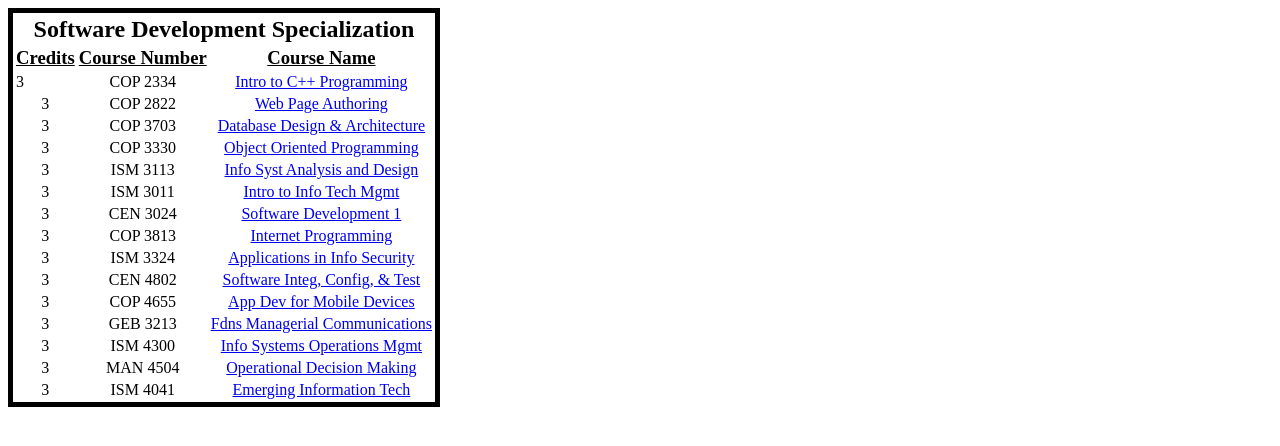
Repository: mlmEFSC21/P5-DegreeTableStyling
Page: FormattedProgramSpecialization1.html
An editor plug-in stored every save of this project. The page is shown before and after the next save, followed by the edit.
The browser window is 1280 px wide. The pictures show the whole page.

Above is the page before, as saved 2022-02-07 16:06:30.

After the next save:
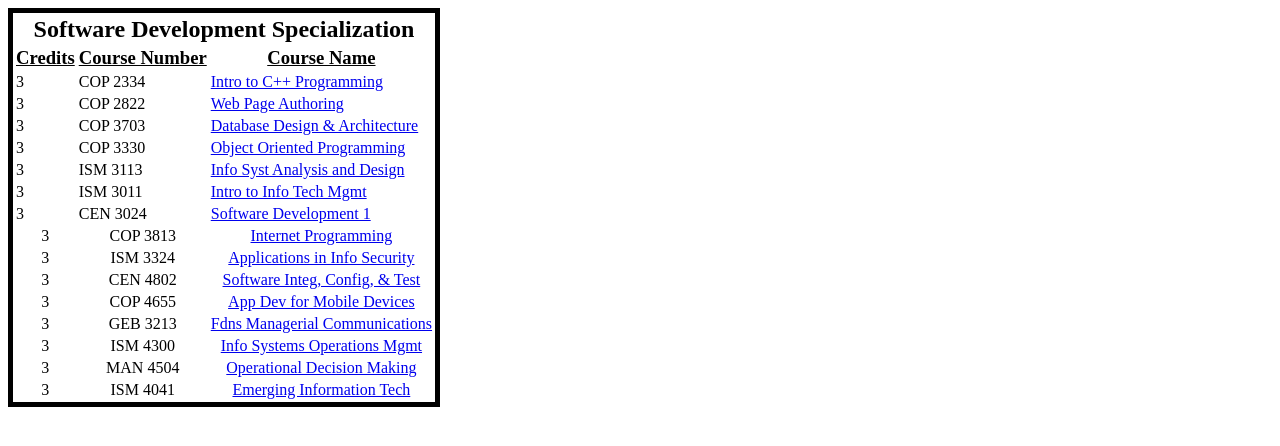
Saved 43 s later.
--- a/FormattedProgramSpecialization1.html
+++ b/FormattedProgramSpecialization1.html
@@ -29,8 +29,8 @@
             <tbody>
                 <tr>
                     <td style="font-size: 12pt; text-align: left">3</td>
-                    <td>COP 2334</td>
-                    <td>
+                    <td style="font-size: 12pt; text-align: left">COP 2334</td>
+                    <td style="font-size: 12pt; text-align: left">
                         <a
                             href="https://bannerweb.easternflorida.edu/prod/bwckctlg.p_disp_course_detail?cat_term_in=202210&subj_code_in=COP&crse_numb_in=2334"
                             >Intro to C++ Programming</a
@@ -38,9 +38,9 @@
                     </td>
                 </tr>
                 <tr>
-                    <td>3</td>
-                    <td>COP 2822</td>
-                    <td>
+                    <td style="font-size: 12pt; text-align: left">3</td>
+                    <td style="font-size: 12pt; text-align: left">COP 2822</td>
+                    <td style="font-size: 12pt; text-align: left">
                         <a
                             href="https://bannerweb.easternflorida.edu/prod/bwckctlg.p_disp_course_detail?cat_term_in=202210&subj_code_in=COP&crse_numb_in=2822"
                             >Web Page Authoring</a
@@ -48,9 +48,9 @@
                     </td>
                 </tr>
                 <tr>
-                    <td>3</td>
-                    <td>COP 3703</td>
-                    <td>
+                    <td style="font-size: 12pt; text-align: left">3</td>
+                    <td style="font-size: 12pt; text-align: left">COP 3703</td>
+                    <td style="font-size: 12pt; text-align: left">
                         <a
                             href="https://bannerweb.easternflorida.edu/prod/bwckctlg.p_disp_course_detail?cat_term_in=202210&subj_code_in=COP&crse_numb_in=3703"
                             >Database Design & Architecture</a
@@ -58,9 +58,9 @@
                     </td>
                 </tr>
                 <tr>
-                    <td>3</td>
-                    <td>COP 3330</td>
-                    <td>
+                    <td style="font-size: 12pt; text-align: left">3</td>
+                    <td style="font-size: 12pt; text-align: left">COP 3330</td>
+                    <td style="font-size: 12pt; text-align: left">
                         <a
                             href="https://bannerweb.easternflorida.edu/prod/bwckctlg.p_disp_course_detail?cat_term_in=202210&subj_code_in=COP&crse_numb_in=3330"
                             >Object Oriented Programming</a
@@ -68,9 +68,9 @@
                     </td>
                 </tr>
                 <tr>
-                    <td>3</td>
-                    <td>ISM 3113</td>
-                    <td>
+                    <td style="font-size: 12pt; text-align: left">3</td>
+                    <td style="font-size: 12pt; text-align: left">ISM 3113</td>
+                    <td style="font-size: 12pt; text-align: left">
                         <a
                             href="https://bannerweb.easternflorida.edu/prod/bwckctlg.p_disp_course_detail?cat_term_in=202210&subj_code_in=ISM&crse_numb_in=3113"
                             >Info Syst Analysis and Design</a
@@ -78,9 +78,9 @@
                     </td>
                 </tr>
                 <tr>
-                    <td>3</td>
-                    <td>ISM 3011</td>
-                    <td>
+                    <td style="font-size: 12pt; text-align: left">3</td>
+                    <td style="font-size: 12pt; text-align: left">ISM 3011</td>
+                    <td style="font-size: 12pt; text-align: left">
                         <a
                             href="https://bannerweb.easternflorida.edu/prod/bwckctlg.p_disp_course_detail?cat_term_in=202210&subj_code_in=ISM&crse_numb_in=3011"
                             >Intro to Info Tech Mgmt</a
@@ -88,9 +88,9 @@
                     </td>
                 </tr>
                 <tr>
-                    <td>3</td>
-                    <td>CEN 3024</td>
-                    <td>
+                    <td style="font-size: 12pt; text-align: left">3</td>
+                    <td style="font-size: 12pt; text-align: left">CEN 3024</td>
+                    <td style="font-size: 12pt; text-align: left">
                         <a
                             href="https://bannerweb.easternflorida.edu/prod/bwckctlg.p_disp_course_detail?cat_term_in=202210&subj_code_in=CEN&crse_numb_in=3024"
                             >Software Development 1</a
